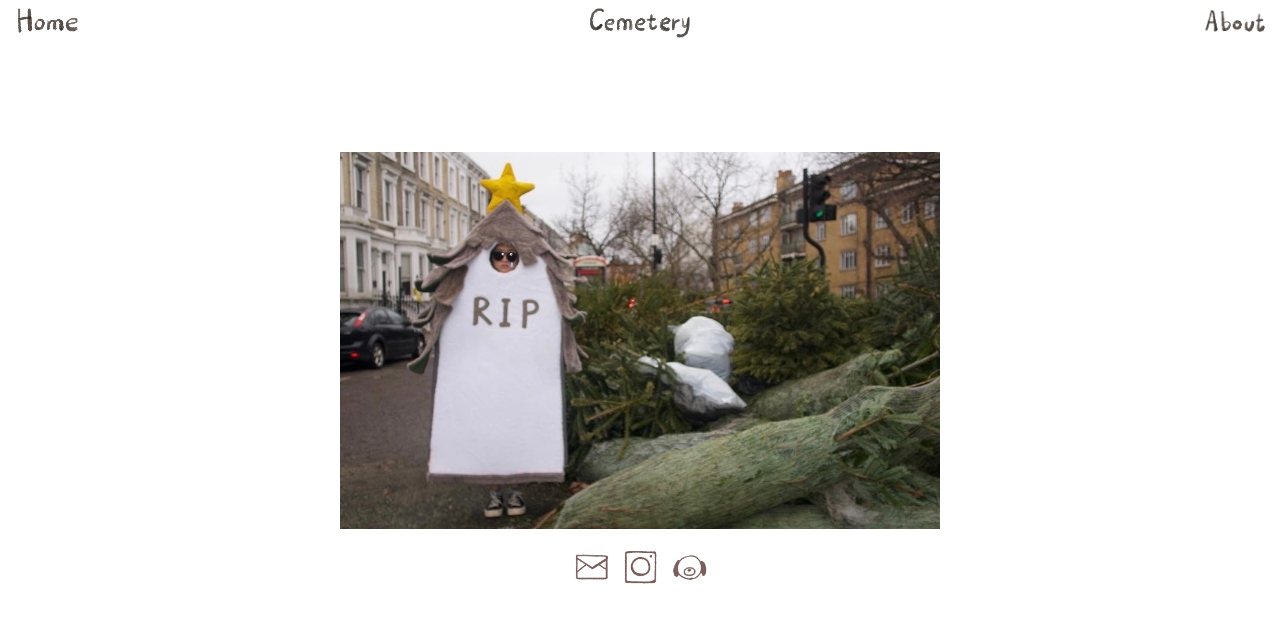
Repository: FuugaMo/ByeByeChristmasTree.github.io
Page: about.html
The author's editor kept a copy of each file at every save. The page is drawn from the files as they stood at one save, then again after a run of saves.
The browser window is 1280 px wide. The pictures show the whole page.

Above is the page before, as saved 2023-08-02 09:35:03.

After the next 3 saves:
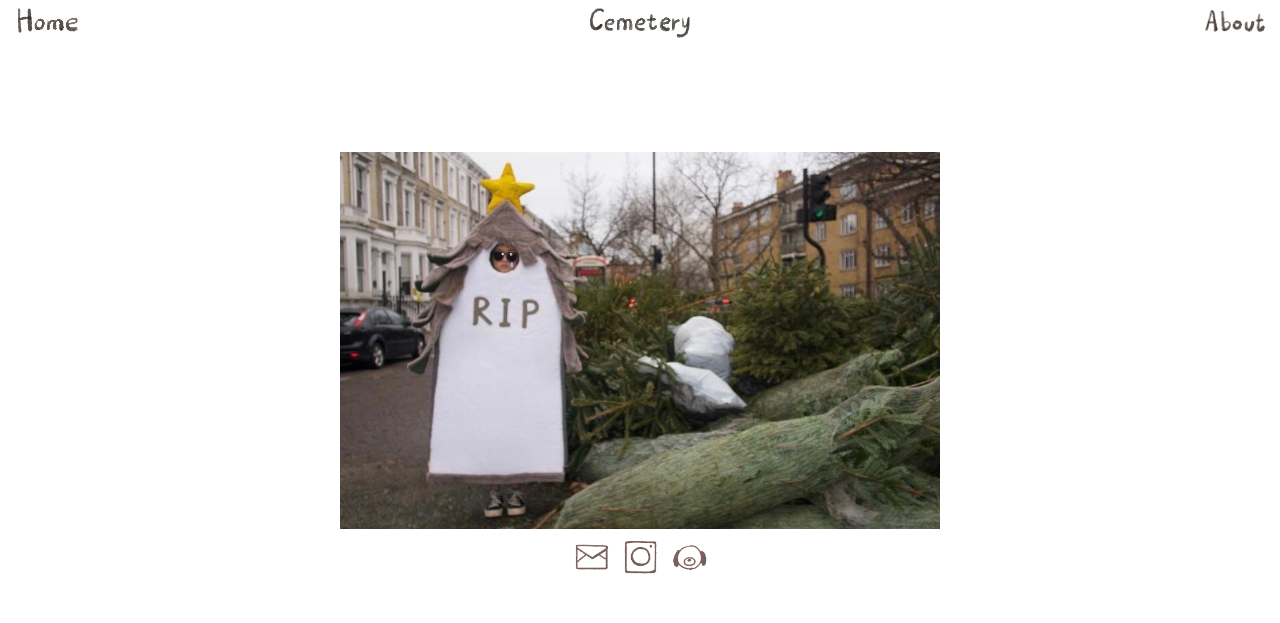
The 3 saves are shown as one change because they came seconds apart.
The last was saved 11 s later.
--- a/about.css
+++ b/about.css
@@ -92,7 +92,7 @@ html {
 }
 
 .link {
-    margin-top: 10px;
+    margin-top: 0px;
     display: flex;
     justify-content: center;
     align-items: center;
